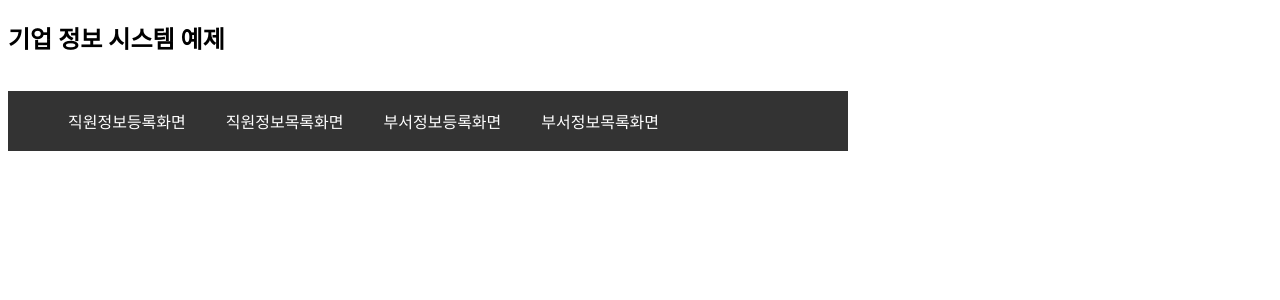
Repository: sieoh/2024html-
Page: workspace_sts/jspweb_08/src/main/webapp/index.html
These files come from the project's save history. The page is drawn as it stood at one moment and after the next save; the edit follows.
The browser window is 1280 px wide. The pictures show the whole page.

Above is the page before, as saved 2024-01-12 07:12:48.

After the next save:
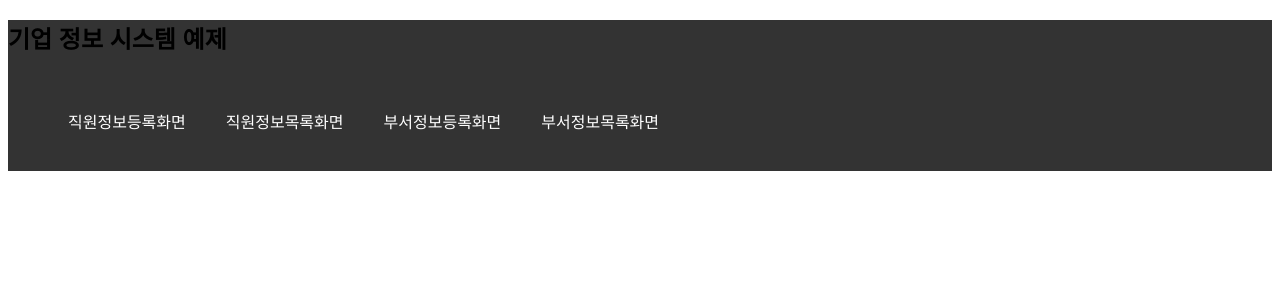
Saved 2 min 19 s later.
--- a/workspace_sts/jspweb_08/src/main/webapp/index.html
+++ b/workspace_sts/jspweb_08/src/main/webapp/index.html
@@ -4,7 +4,9 @@
 <meta charset="UTF-8">
 <title>Insert title here</title>
 <style>
-    ul {display: inline-block; background-color: #333333; width: 800px;}
+	body {font-family: Arial, sans-serif;}
+	.main-menu{background-color: #333333;}
+    ul {display: inline-block;  width: 800px;}
     ul li {float: left; padding: 18px 20px; list-style: none; text-decoration-line: none; color: white; text-align: center;}
     ul li a { text-decoration-line: none; color: white;}
   </style>
